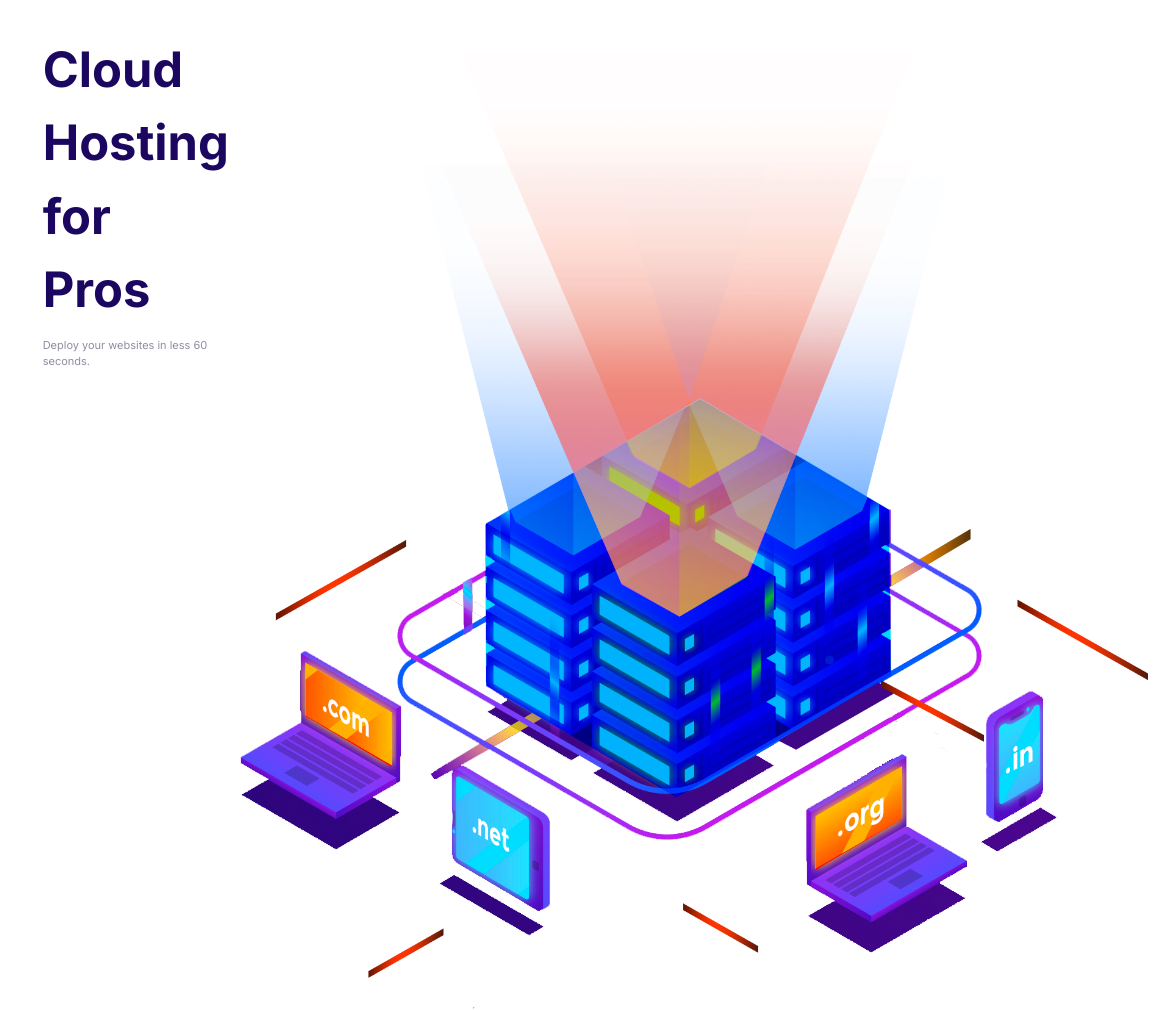
Repository: LeonUIO/first_website
Page: index.html
These files come from the project's save history. The page is drawn as it stood at one moment and after a run of saves; the edit follows.
The browser window is 1280 px wide. The page is 1907 px wide, so the pictures cover 1907 px, including what lies to the right of the window. The pictures show the whole page, at 61% of full size.

Above is the page before, as saved 2021-04-10 15:56:18.

After the next 2 saves:
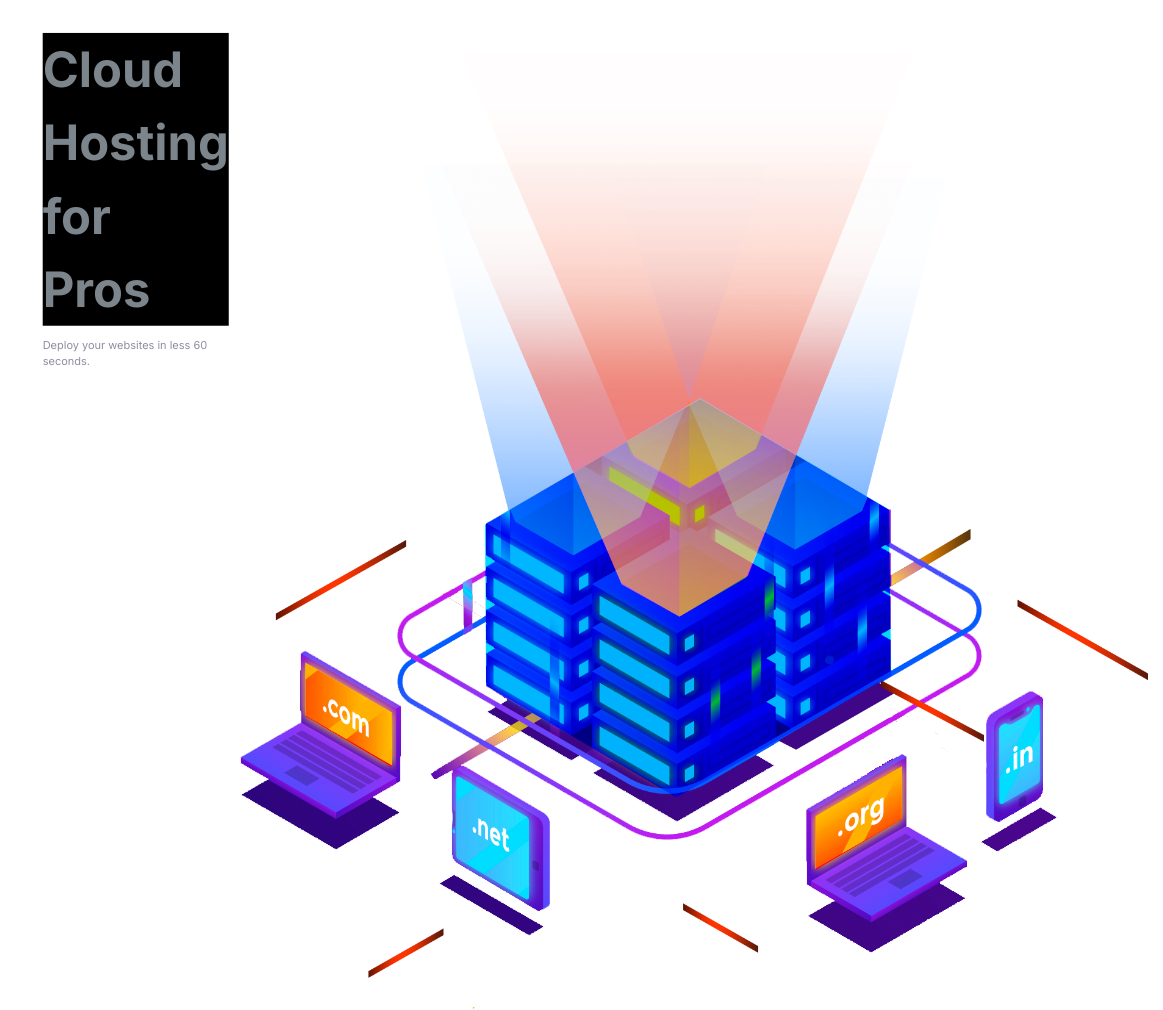
The 2 saves are shown as one change because they came seconds apart.
The last was saved 4 s later.
--- a/index.html
+++ b/index.html
@@ -19,7 +19,7 @@
   <body>
     <div class="container grid grid--cols-2">
       <div class="hero__content">
-        <h1 class="hero__heading block--he">Cloud Hosting for Pros</h1>
+        <h1 class="hero__heading block--dark">Cloud Hosting for Pros</h1>
         <p>Deploy your websites in less 60 seconds.</p>
       </div>
       <img src="./images/banner.png" alt="" />

After the 2 saves that followed:
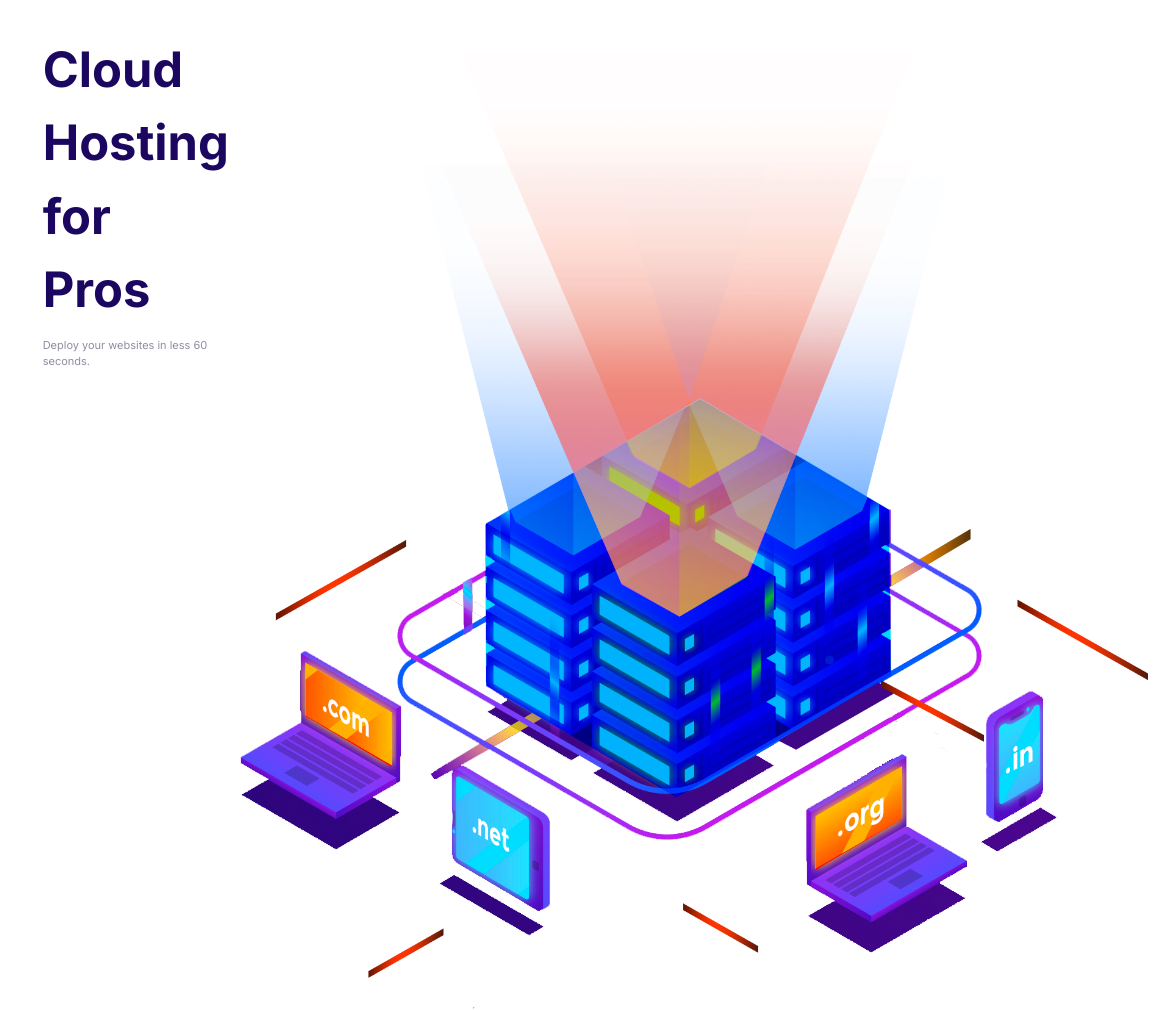
The 2 saves are shown as one change because they came seconds apart.
The last was saved 17 s later.
--- a/index.html
+++ b/index.html
@@ -19,7 +19,7 @@
   <body>
     <div class="container grid grid--cols-2">
       <div class="hero__content">
-        <h1 class="hero__heading block--dark">Cloud Hosting for Pros</h1>
+        <h1 class="hero__heading ">Cloud Hosting for Pros</h1>
         <p>Deploy your websites in less 60 seconds.</p>
       </div>
       <img src="./images/banner.png" alt="" />
